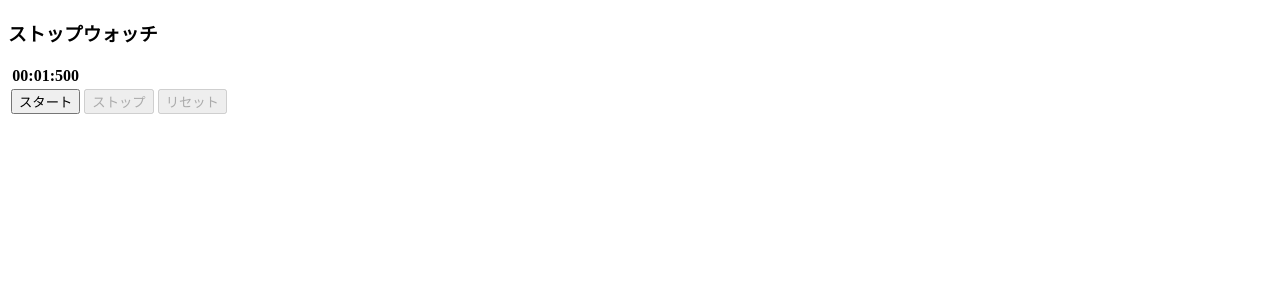
Repository: U-dias/work3
Page: 実践課題 ( ストップウォッチ )/index.html
The author's editor kept a record of every edit. The page is drawn from the files as they stood at one moment, then again after the next edit.
The browser window is 1280 px wide. The pictures show the whole page.
After loading, the first visible `#start` was clicked once.
Some web libraries are served in a nearby version.

Above is the page before.

### 実践課題 ( ストップウォッチ )/index.html
 <!DOCTYPE html>
    <html lang="en">
      <head>
        <meta charset="utf-8">
        <script src="https://code.jquery.com/jquery-3.2.1.js" integrity="sha256-DZAnKJ/6XZ9si04Hgrsxu/8s717jcIzLy3oi35EouyE=" crossorigin="anonymous"></script>
        <link rel="stylesheet" href="main.css">
        <title>ストップウォッチ</title>
      </head>

      <body>
        <h3>ストップウォッチ</h3>
 <!-- ここに記述していきましょう！ -->
   <div>
     <table>
       <tr>
         <th>
         <div id=counter>00:00:000</div></th></tr>
        <tr>
         <th><button id="start">スタート</button></th>
         <th><button id="stop">ストップ</button></th>
         <th><button id="reset">リセット</button></th>
       </tr>
     </table>
   </div>

        <script src="main.js"></script>
      </body>
    </html>

### 実践課題 ( ストップウォッチ )/main.css
.button {
  border-radius:0px;
  border:solid 1px black;
  background-color:#d3d3d3;
  width:100px;
  heigth:50px
}

### 実践課題 ( ストップウォッチ )/main.js
const counter = document.getElementById('counter');
const start = document.getElementById('start');
const stop = document.getElementById("stop");
const reset = document.getElementById("reset");
let startTime;
let timeoutId;
let elapsedTime = 0;


/*スタート部分*/
start.addEventListener('click', () =>
{
    startTime = Date.now();
    console.log(startTime);
    console.log(new Date(startTime))
    countUp();
});

function countUp() {
    const d=new Date(Date.now()-startTime+elapsedTime);
    const m=String(d.getMinutes()).padStart(2,"0");
    const s=String(d.getSeconds()).padStart(2,"0");
    const ms =String(d.getMilliseconds()).padStart(3,"0");
    counter . textContent = `${m}:${s}:${ms}`;
    timeoutId =setTimeout(() => {
        countUp();
    } , 10);
}

/*ストップ部分*/
stop.addEventListener('click',() => {
    clearTimeout(timeoutId);
    elapsedTime += Date.now() - startTime;
});

/*リセット部分*/
reset.addEventListener (`click` , () => {
    counter.textContent =`00:00:000`;
    elapsedTime = 0;
    }
)

/*ボタンの動作*/
function buttonStateInitial () {
    start.disabled = false;
    stop.disabled = true;
    reset.disabled = true;
}

function buttonStateRunnig () {
    start.disabled = true;
    stop.disabled = false;
    reset.disabled = true;
}

function buttonStateStop () {
    start.disabled = false;
    stop.disabled = true;
    reset.disabled = false;
}

buttonStateInitial ();

After the next edit:
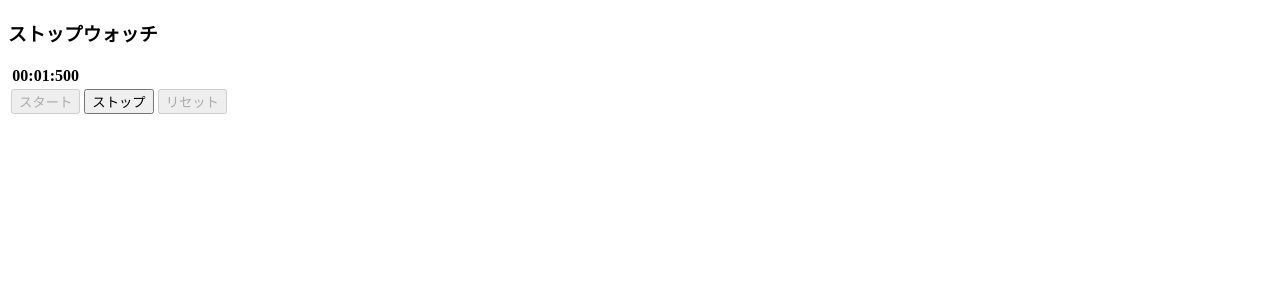
The edit:
--- a/実践課題 ( ストップウォッチ )/main.js
+++ b/実践課題 ( ストップウォッチ )/main.js
@@ -10,6 +10,7 @@
 /*スタート部分*/
 start.addEventListener('click', () =>
 {
+    buttonStateRunnig ();
     startTime = Date.now();
     console.log(startTime);
     console.log(new Date(startTime))
